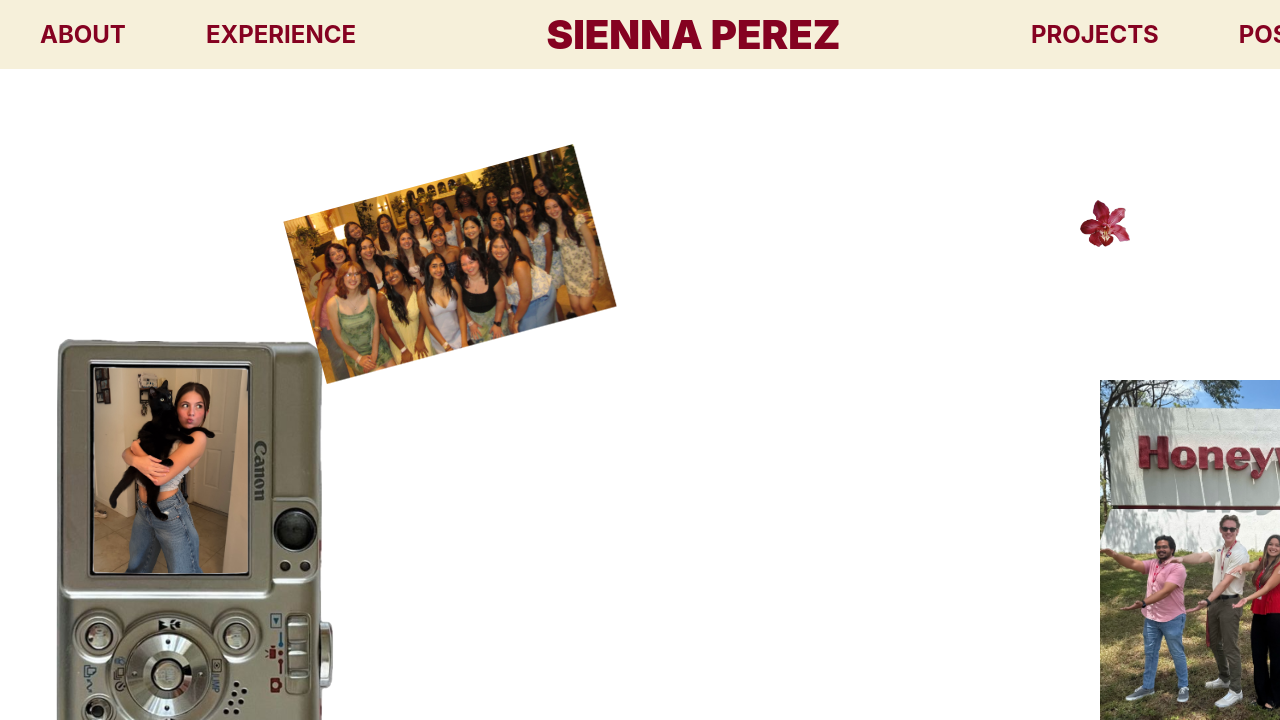
Repository: siennaperez/siennaperezweb
Page: /
An editor plug-in stored every save of this project. The page is shown before and after the next save, followed by the edit.
The browser window is 1280 px wide. The pictures show the whole page.
The project was rebuilt for these pictures with package versions that can differ from the ones it lists, and the page was loaded fresh each time. Also part of the build but not shown: src/pages/About.css, src/pages/About.js, src/pages/Experience.css, src/pages/Experience.js.

Above is the page before, as saved 2025-09-24 12:58:05.

After the next save:
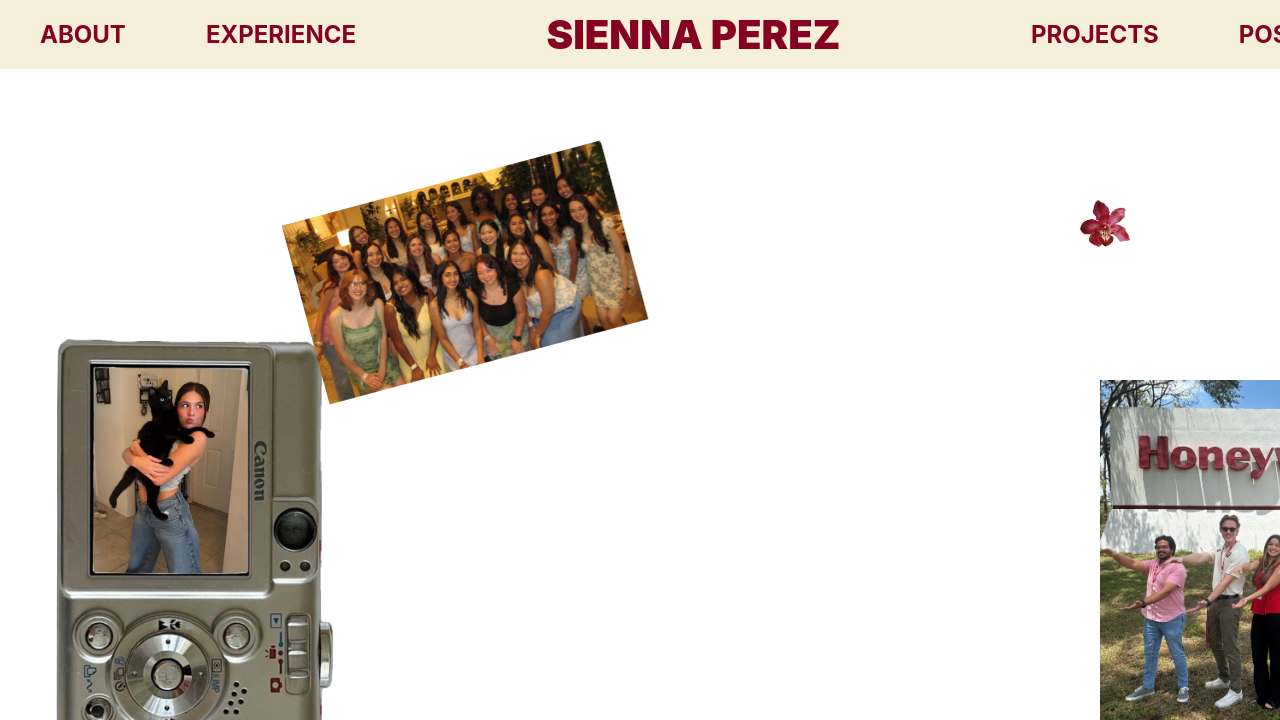
Saved 7 s later.
--- a/src/pages/Home.css
+++ b/src/pages/Home.css
@@ -61,6 +61,6 @@
   position: fixed;
   top: 180px;
   left: 300px;
-  width: 300px;
+  width: 330px;
   transform: rotate(-15deg);
 }
